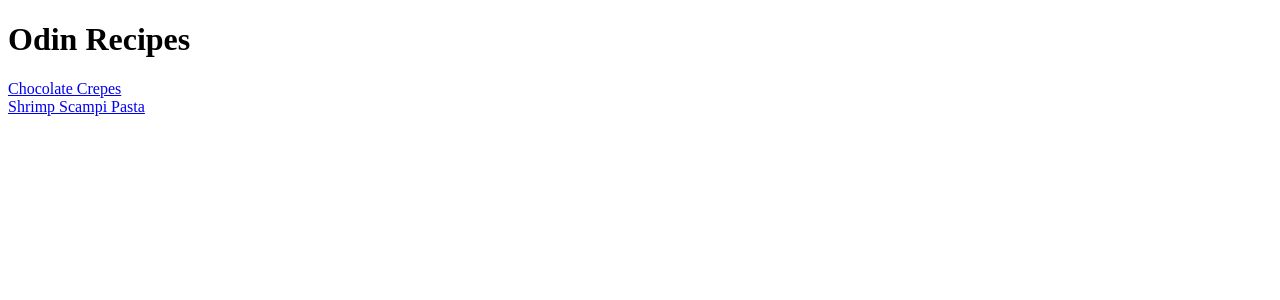
Repository: Mervens/odin-recipes
Page: index.html
These files come from the project's save history. The page is drawn as it stood at one moment and after the next save; the edit follows.
The browser window is 1280 px wide. The pictures show the whole page.

Above is the page before, as saved 2025-06-18 12:05:14.

After the next save:
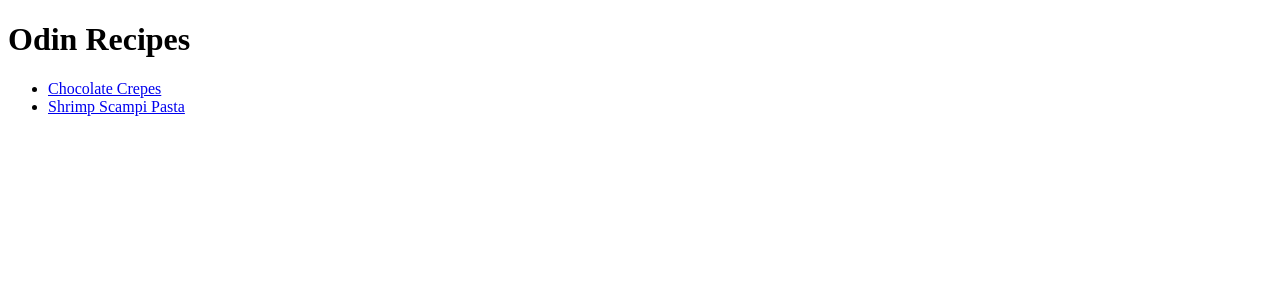
Saved 96 s later.
--- a/index.html
+++ b/index.html
@@ -9,10 +9,10 @@
 
 <body>
     <h1>Odin Recipes</h1>
-    <a href="./recipes/crepe.html">Chocolate Crepes</a>
-    <br>
-    <a href="./recipes/pasta.html">Shrimp Scampi Pasta</a>
-
+    <ul>
+        <li><a href="./recipes/crepe.html">Chocolate Crepes</a></li>
+        <li><a href="./recipes/pasta.html">Shrimp Scampi Pasta</a></li>
+    </ul>
 </body>
 
 </html>
